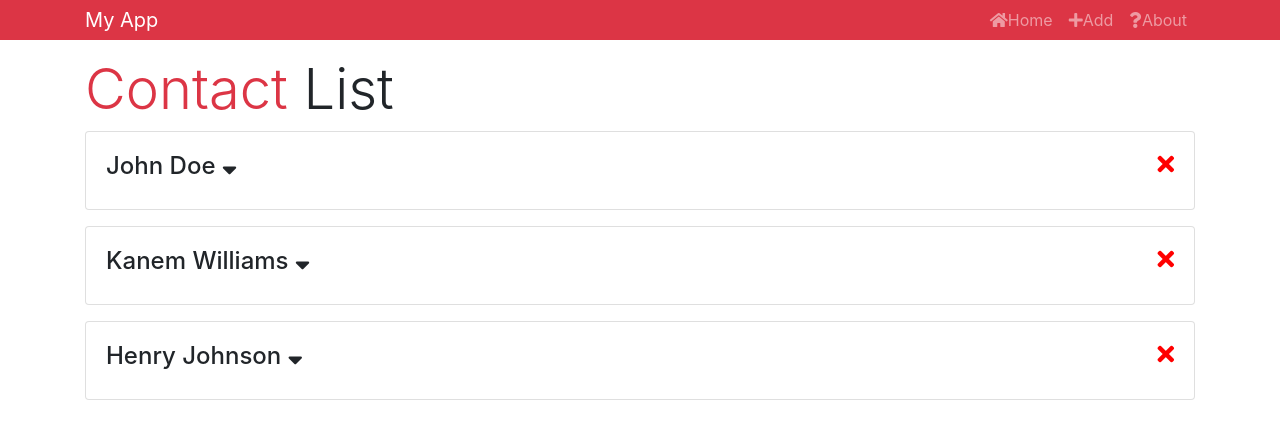
Repository: Mtbwka/contactmanager
Page: /
An editor plug-in stored every save of this project. The page is shown before and after the next save, followed by the edit.
The browser window is 1280 px wide. The pictures show the whole page.
Some web libraries are served in a nearby version. The project was rebuilt for these pictures with package versions that can differ from the ones it lists, and the page was loaded fresh each time. Also part of the build but not shown: src/components/pages/About.js, src/components/pages/NotFound.js, src/components/layout/TextInputGroup.js, src/components/contacts/AddContact.js, src/components/test/Test.js.

Above is the page before, as saved 2019-05-09 06:24:30.

### public/index.html
<!DOCTYPE html>
<html lang="en">
  <head>
    <meta charset="utf-8" />
    <link rel="shortcut icon" href="%PUBLIC_URL%/favicon.ico" />
    <meta
      name="viewport"
      content="width=device-width, initial-scale=1, shrink-to-fit=no"
    />
    <meta name="theme-color" content="#000000" />
    <link rel="stylesheet" href="https://use.fontawesome.com/releases/v5.1.1/css/all.css" integrity="sha384-O8whS3fhG2OnA5Kas0Y9l3cfpmYjapjI0E4theH4iuMD+pLhbf6JI0jIMfYcK3yZ" crossorigin="anonymous">
    <!--
      manifest.json provides metadata used when your web app is installed on a
      user's mobile device or desktop. See https://developers.google.com/web/fundamentals/web-app-manifest/
    -->
    <link rel="manifest" href="%PUBLIC_URL%/manifest.json" />
    <!--
      Notice the use of %PUBLIC_URL% in the tags above.
      It will be replaced with the URL of the `public` folder during the build.
      Only files inside the `public` folder can be referenced from the HTML.

      Unlike "/favicon.ico" or "favicon.ico", "%PUBLIC_URL%/favicon.ico" will
      work correctly both with client-side routing and a non-root public URL.
      Learn how to configure a non-root public URL by running `npm run build`.
    -->
    <title>React App</title>
  </head>
  <body>
    <noscript>You need to enable JavaScript to run this app.</noscript>
    <div id="root"></div>
    <!--
      This HTML file is a template.
      If you open it directly in the browser, you will see an empty page.

      You can add webfonts, meta tags, or analytics to this file.
      The build step will place the bundled scripts into the <body> tag.

      To begin the development, run `npm start` or `yarn start`.
      To create a production bundle, use `npm run build` or `yarn build`.
    -->
  </body>
</html>

### src/App.js
import React, { Component } from 'react';
import { BrowserRouter as Router, Route, Switch } from 'react-router-dom';
import Contacts from './components/contacts/Contacts';
import Header from './components/layout/Header';
import About from './components/pages/About';
import NotFound from './components/pages/NotFound';
import AddContact from './components/contacts/AddContact';
import Test from './components/test/Test';
import { Provider } from './context';

import 'bootstrap/dist/css/bootstrap.min.css';

class App extends Component {
  render() {
    return (
      <Provider>
        <Router>
          <div className='App'>
            <Header />
            <div className='container'>
              <Switch>
                <Route exact path='/' component={Contacts} />
                <Route exact path='/contact/add' component={AddContact} />
                <Route exact path='/about' component={About} />
                <Route exact path='/test' component={Test} />
                <Route component={NotFound} />
              </Switch>
            </div>
          </div>
        </Router>
      </Provider>
    );
  }
}

export default App;

### src/components/contacts/Contacts.js
import React, { Component } from 'react';
import Contact from './Contact.js';
import { Consumer } from '../../context';

class Contacts extends Component {
  render() {
    return (
      <Consumer>
        {value => {
          return (
            <React.Fragment>
              <h1 className='display-4 mb-2'>
                <span className='text-danger'>Contact</span> List
              </h1>
              {value.contacts.map(contact => (
                <Contact key={contact.id} contact={contact} />
              ))}
            </React.Fragment>
          );
        }}
      </Consumer>
    );
  }
}

export default Contacts;

### src/components/layout/Header.js
import React from 'react';
import PropTypes from 'prop-types';
import { Link } from 'react-router-dom';

// export default function Header() {
//   return <div />;
// }

const Header = props => {
  const { branding } = props;
  return (
    <nav className='navbar navbar-expand-sm navbar-dark bg-danger mb-3 py-0'>
      <div className='container'>
        <a href='/' className='navbar-brand'>
          {branding}
        </a>
        <div>
          <ul className='navbar-nav mr-auto'>
            <li className='nav-item'>
              <Link to='/' className='nav-link'>
                <i className='fas fa-home' />
                Home
              </Link>
            </li>
            <li className='nav-item'>
              <Link to='/contact/add' className='nav-link'>
                <i className='fas fa-plus' />
                Add
              </Link>
            </li>
            <li className='nav-item'>
              <Link to='/about' className='nav-link'>
                <i className='fas fa-question' />
                About
              </Link>
            </li>
          </ul>
        </div>
      </div>
    </nav>
  );
};

Header.defaultProps = {
  branding: 'My App'
};

Header.propTypes = {
  branding: PropTypes.string.isRequired
};

export default Header;

### src/context.js
import React, { Component } from 'react';

const Context = React.createContext();

const reducer = (state, action) => {
  switch (action.type) {
    case 'DELETE_CONTACT':
      return {
        ...state,
        contacts: state.contacts.filter(
          contact => contact.id !== action.payload
        )
      };
    case 'ADD_CONTACT':
      return {
        ...state,
        contacts: [action.payload, ...state.contacts]
      };
    default:
      return state;
  }
};

export class Provider extends Component {
  state = {
    contacts: [
      {
        id: 1,
        name: 'John Doe',
        email: 'jdoe@gmail.com',
        phone: '555-555-5555'
      },
      {
        id: 2,
        name: 'Kanem Williams',
        email: 'karen@gmail.com',
        phone: '222-222-2222'
      },
      {
        id: 3,
        name: 'Henry Johnson',
        email: 'henry@gmail.com',
        phone: '111-111-1111'
      }
    ],
    dispatch: action => this.setState(state => reducer(state, action))
  };

  render() {
    return (
      <Context.Provider value={this.state}>
        {this.props.children}
      </Context.Provider>
    );
  }
}

export const Consumer = Context.Consumer;

### src/components/contacts/Contact.js
import React, { Component } from 'react';
import PropTypes from 'prop-types';
import { Consumer } from '../../context';

class Contact extends Component {
  state = {
    showContactInfo: false
  };

  onDeleteClick = (id, dispatch) => {
    dispatch({ type: 'DELETE_CONTACT', payload: id });
  };

  render() {
    const { id, name, email, phone } = this.props.contact;
    const { showContactInfo } = this.state;

    return (
      <Consumer>
        {value => {
          const { dispatch } = value;
          return (
            <div className='card card-body mb-3'>
              <h4>
                {name}{' '}
                <i
                  onClick={() =>
                    this.setState({
                      showContactInfo: !this.state.showContactInfo
                    })
                  }
                  className='fas fa-sort-down'
                  style={{ cursor: 'pointer' }}
                />
                <i
                  className='fas fa-times'
                  style={{ float: 'right', cursor: 'pointer', color: 'red' }}
                  onClick={this.onDeleteClick.bind(this, id, dispatch)}
                />
              </h4>
              {showContactInfo ? (
                <ul className='list-group'>
                  <li className='list-group-item'>Email:{email}</li>
                  <li className='list-group-item'>Phone:{phone}</li>
                </ul>
              ) : null}
            </div>
          );
        }}
      </Consumer>
    );
  }
}

Contact.propTypes = {
  contact: PropTypes.object.isRequired
};
export default Contact;

Loaded but not shown: src/index.js (common file); src/serviceWorker.js (common file)

After the next save:
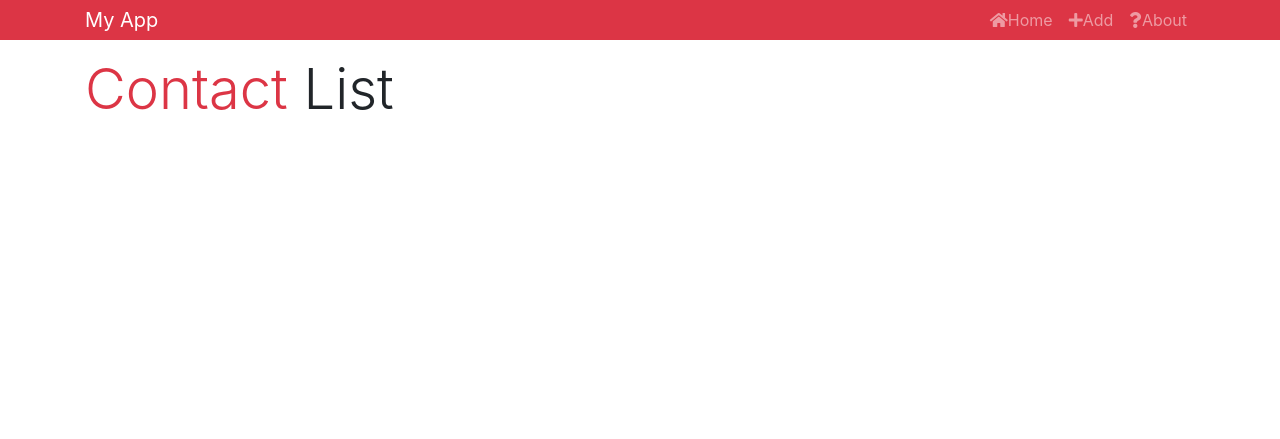
Saved 50 s later.
--- a/src/context.js
+++ b/src/context.js
@@ -23,26 +23,7 @@ const reducer = (state, action) => {
 
 export class Provider extends Component {
   state = {
-    contacts: [
-      {
-        id: 1,
-        name: 'John Doe',
-        email: 'jdoe@gmail.com',
-        phone: '555-555-5555'
-      },
-      {
-        id: 2,
-        name: 'Kanem Williams',
-        email: 'karen@gmail.com',
-        phone: '222-222-2222'
-      },
-      {
-        id: 3,
-        name: 'Henry Johnson',
-        email: 'henry@gmail.com',
-        phone: '111-111-1111'
-      }
-    ],
+    contacts: [],
     dispatch: action => this.setState(state => reducer(state, action))
   };
 
